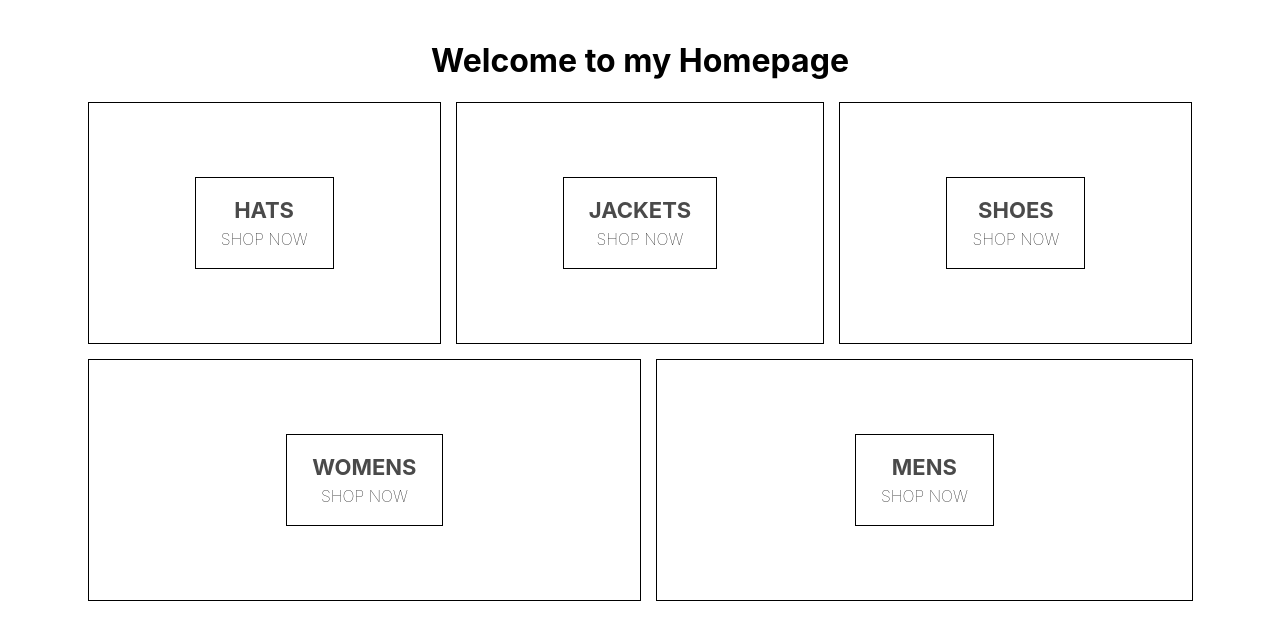
Repository: jsanjeykumar/crwn-clothing
Page: /
The author's editor kept a copy of each file at every save. The page is drawn from the files as they stood at one save, then again after the next save.
The browser window is 1280 px wide. The pictures show the whole page.
The project was rebuilt for these pictures with package versions that can differ from the ones it lists, and the page was loaded fresh each time. Also part of the build but not shown: src/App.css.

Above is the page before, as saved 2020-04-12 20:36:16.

### src/App.js
import React from "react";
import "./App.css";
import HomePage from "./component/homepage.component";

function App() {
  return (
    <div>
      <HomePage/>
    </div>
  );
}

export default App;

### src/component/homepage.component.jsx
import React from 'react';
import './homepage.styles.scss';

const HomePage = () => (
    <div className='homepage'>
      <h1>Welcome to my Homepage</h1>
      <div className='directory-menu'>
        <div className='menu-item'>
          <div className='content'>
            <div className='title'>HATS</div>
            <span className='subtitle'>SHOP NOW</span>
          </div>
        </div>
        <div className='menu-item'>
          <div className='content'>
            <div className='title'>JACKETS</div>
            <span className='subtitle'>SHOP NOW</span>
          </div>
        </div>
        <div className='menu-item'>
          <div className='content'>
            <div className='title'>SHOES</div>
            <span className='subtitle'>SHOP NOW</span>
          </div>
        </div>
        <div className='menu-item'>
          <div className='content'>
            <div className='title'>WOMENS</div>
            <span className='subtitle'>SHOP NOW</span>
          </div>
        </div>
        <div className='menu-item'>
          <div className='content'>
            <div className='title'>MENS</div>
            <span className='subtitle'>SHOP NOW</span>
          </div>
        </div>
      </div>
    </div>
  );

  export default HomePage;

### src/component/homepage.styles.scss
.homepage {
  display: flex;
  flex-direction: column;
  align-items: center;
  padding: 20px 80px;
}

.directory-menu {
  width: 100%;
  display: flex;
  flex-wrap: wrap;
  justify-content: space-between;
}

.menu-item {
  min-width: 30%;
  height: 240px;
  flex: 1 1 auto;
  display: flex;
  align-items: center;
  justify-content: center;
  border: 1px solid black;
  margin: 0 7.5px 15px;

  &:first-child {
    margin-right: 7.5px;
  }

  &:last-child {
    margin-left: 7.5px;
  }

  .content {
    height: 90px;
    padding: 0 25px;
    display: flex;
    flex-direction: column;
    align-items: center;
    justify-content: center;
    border: 1px solid black;

    .title {
      font-weight: bold;
      margin-bottom: 6px;
      font-size: 22px;
      color: #4a4a4a;
    }

    .subtitle {
      font-weight: lighter;
      font-size: 16px;
    }
  }
}

Loaded but not shown: public/index.html (common file); src/index.js (common file); src/index.css (common file)

After the next save:
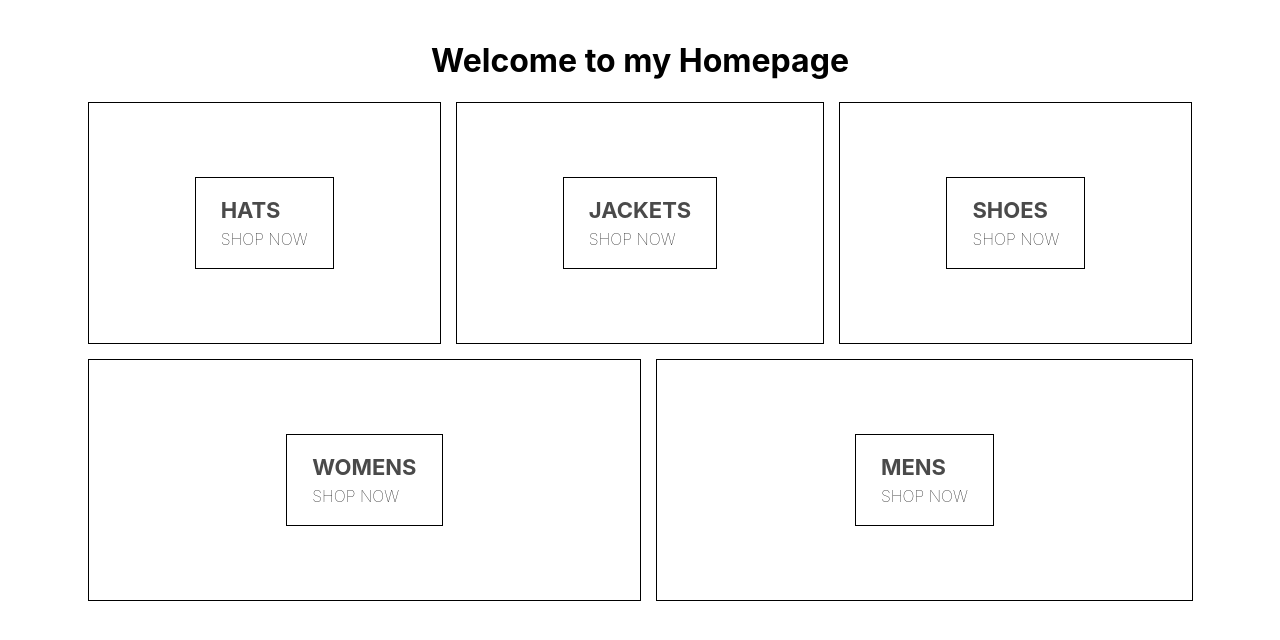
Saved 3 min 52 s later.
--- a/src/component/homepage.styles.scss
+++ b/src/component/homepage.styles.scss
@@ -35,7 +35,7 @@
     padding: 0 25px;
     display: flex;
     flex-direction: column;
-    align-items: center;
+    //align-items: center;
     justify-content: center;
     border: 1px solid black;
 
